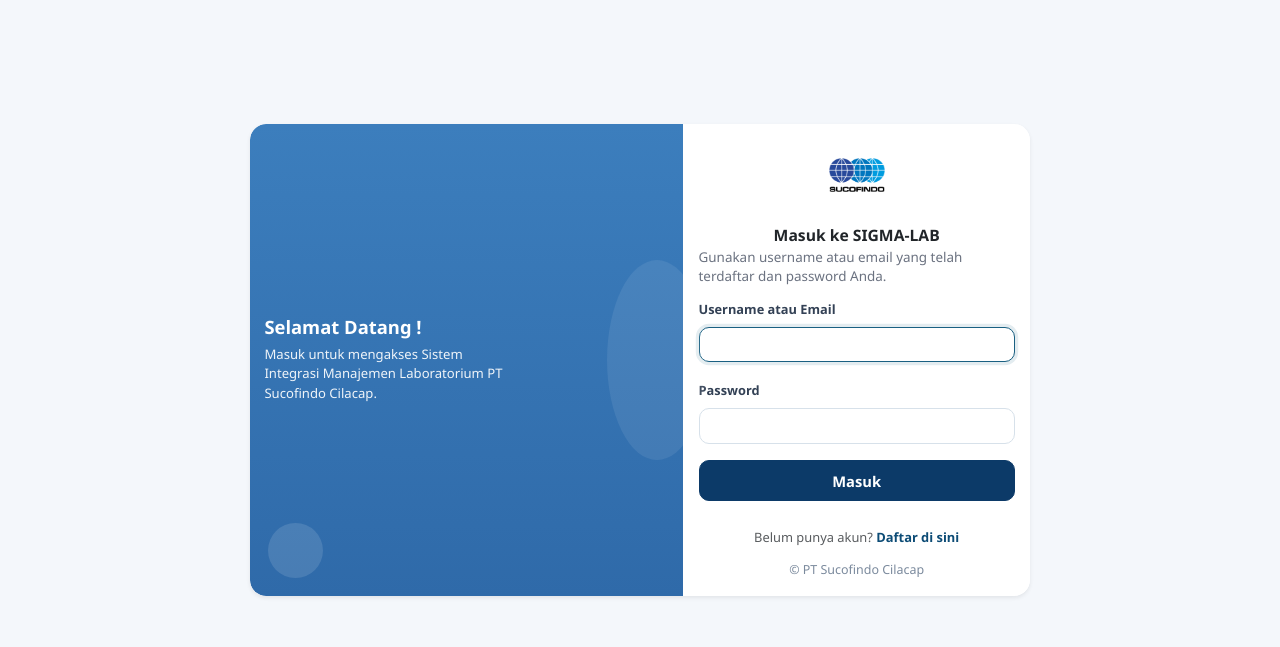
Repository: amelianeesa/sigmalab
Page: http://localhost/login
The author's editor kept a copy of each file at every save. The page is drawn from the files as they stood at one save, then again after a run of saves.
The browser window is 1280 px wide. The pictures show the whole page.
The page is served by the project's Laravel application, run on PHP 8.4 with Laravel 12. Other server files are loaded and not shown.

Above is the page before, as saved 2026-08-06 09:26:04.

### routes/web.php
<?php

use Illuminate\Support\Facades\Route;
use App\Http\Controllers\AuthController;
use App\Http\Controllers\SdmController;

Route::get('/', [AuthController::class, 'showLogin']);
Route::get('/login', [AuthController::class, 'showLogin'])->name('login');
Route::post('/login', [AuthController::class, 'processLogin'])->name('login.process');

Route::get('/register', [AuthController::class, 'showRegister'])->name('register');
Route::post('/register', [AuthController::class, 'processRegister'])->name('register.process');

Route::post('/logout', [AuthController::class, 'logout'])->name('logout');

Route::middleware(['auth'])->group(function () {

    Route::get('/dashboard', function () {
        return view('dashboard-index');
    })->name('dashboard');

    Route::get('/sdm', [SdmController::class, 'index'])->name('sdm.index');
    Route::get('/sdm/create', [SdmController::class, 'create'])->name('sdm.create');
    Route::post('/sdm', [SdmController::class, 'store'])->name('sdm.store');
    Route::get('/sdm/{id}/edit', [SdmController::class, 'edit'])->name('sdm.edit');
    Route::put('/sdm/{id}', [SdmController::class, 'update'])->name('sdm.update');
    Route::delete('/sdm/{id}', [SdmController::class, 'destroy'])->name('sdm.destroy');

    Route::get('/sdm/{id}/kompetensi', [SdmController::class, 'kompetensiDetail'])->name('sdm.kompetensi.detail');
    Route::get('/sdm/{id}/cv', [SdmController::class, 'showCv'])->name('sdm.cv');
});

### app/Http/Controllers/AuthController.php
<?php

namespace App\Http\Controllers;

use Illuminate\Http\Request;
use Illuminate\Support\Facades\Auth;
use Illuminate\Support\Facades\Hash;
use App\Models\User;
use App\Models\Role;
use App\Models\Personil;

class AuthController extends Controller
{
    public function showLogin()
    {
        return view('auth.login');
    }

    public function processLogin(Request $request)
    {
        $credentials = $request->validate([
            'username' => ['required'],
            'password' => ['required'],
        ]);

        $fieldType = filter_var($request->username, FILTER_VALIDATE_EMAIL) ? 'email' : 'username';

        if (Auth::attempt([$fieldType => $request->username, 'password' => $request->password])) {
            $user = Auth::user();
            if ($user->status_aktif == 1) {
                $request->session()->regenerate();
                return redirect()->intended('/dashboard');
            } else {
                Auth::logout();
                return back()->withErrors(['username' => 'Akun Anda non-aktif. Hubungi Admin.']);
            }
        }

        return back()->withErrors(['username' => 'Username/Email atau Password salah.']);
    }

    public function showRegister()
    {
        $roles = Role::all();
        $personil = Personil::all();
        return view('auth.register', compact('roles', 'personil'));
    }

    public function processRegister(Request $request)
    {
        $request->validate([
            'username'    => 'required|string|max:50|unique:users',
            'email'       => 'required|string|email|max:100|unique:users',
            'password'    => 'required|string|min:6',
            'role_id'     => 'required|exists:roles,roles_id',
            'personil_id' => 'nullable|exists:personil,personil_id', // Ditambahkan validasi aman
        ]);

        User::create([
            'personil_id' => !empty($request->personil_id) ? $request->personil_id : null,
            'username'    => $request->username,
            'email'       => $request->email,
            'password'    => Hash::make($request->password),
            'role_id'     => $request->role_id,
            'status_aktif'=> 1
        ]);

        return redirect('/login')->with('success', 'Registrasi berhasil! Silakan login.');
    }

    public function logout(Request $request)
    {
        Auth::logout();
        $request->session()->invalidate();
        $request->session()->regenerateToken();
        return redirect('/login');
    }
}

### resources/views/auth/login.blade.php
<!DOCTYPE html>
<html lang="id">
<head>
    <meta charset="UTF-8">
    <title>Login - SIGMALAB Sucofindo</title>
    <link href="https://cdn.jsdelivr.net/npm/bootstrap@5.3.0/dist/css/bootstrap.min.css" rel="stylesheet">
    <style>
        html,
        body {
            height: 100%;
            overflow: hidden;
        }

        body {
            margin: 0;
            background-color: #f4f7fb;
            color: #1f2a37;
            font-family: "Segoe UI", Arial, sans-serif;
            font-size: 0.92rem;
        }

        .auth-card {
            border: none;
            border-radius: 16px;
            box-shadow: 0 8px 18px rgba(15, 35, 59, 0.08);
            overflow: hidden;
            margin: auto;
            background: transparent;
            max-width: 780px;
        }

        .auth-row {
            display: grid;
            grid-template-columns: 1.25fr 1fr;
            min-height: 185px;
            background: #ffffff;
            border-radius: 16px;
            overflow: hidden;
        }

        .auth-side {
            position: relative;
            padding: 0.7rem 0.9rem;
            background: linear-gradient(180deg, #3c7ebd 0%, #2f6aa9 100%);
            color: #ffffff;
            display: flex;
            flex-direction: column;
            justify-content: center;
            gap: 0.4rem;
        }

        .auth-side::before {
            content: "";
            position: absolute;
            right: -24px;
            top: 50%;
            transform: translateY(-50%);
            width: 100px;
            height: 200px;
            background: rgba(255,255,255,0.08);
            border-radius: 50%;
        }

        .auth-side::after {
            content: "";
            position: absolute;
            left: 18px;
            bottom: 18px;
            width: 55px;
            height: 55px;
            background: rgba(255,255,255,0.12);
            border-radius: 50%;
        }

        .auth-side h3 {
            font-size: 1.15rem;
            margin: 0;
            font-weight: 700;
        }

        .auth-side p {
            font-size: 0.82rem;
            line-height: 1.5;
            max-width: 240px;
            opacity: 0.92;
            margin: 0;
        }

        .auth-logo-box {
            width: 70px;
            height: 70px;
            background: rgba(255,255,255,0.14);
            border-radius: 18px;
            border: 1px solid rgba(255,255,255,0.2);
            overflow: hidden;
            display: flex;
            align-items: center;
            justify-content: center;
            margin-bottom: 0.75rem;
        }

        .auth-logo-box.auth-logo-center {
            margin: 0 auto 1rem;
            display: flex;
            align-items: center;
            justify-content: center;
        }

        .auth-logo-box img {
            width: 56px;
            height: 56px;
            object-fit: contain;
        }

        .auth-form-panel {
            padding: 1rem 0.95rem;
            display: flex;
            flex-direction: column;
            justify-content: center;
            background: #ffffff;
        }

        .auth-form-panel h4 {
            font-size: 0.98rem;
            margin-bottom: 0.2rem;
            font-weight: 700;
        }

        .auth-form-panel p {
            color: #6b7280;
            margin-bottom: 0.7rem;
            line-height: 1.4;
            font-size: 0.84rem;
        }

        .form-label {
            color: #334155;
            font-size: 0.8rem;
            font-weight: 600;
        }

        .form-control,
        .form-select {
            border: 1px solid #d7e1ea;
            border-radius: 10px;
            padding: 0.35rem 0.7rem;
            min-height: 30px;
            font-size: 0.92rem;
            color: #1f2a37;
            background-color: #ffffff;
        }

        .form-control:focus,
        .form-select:focus {
            border-color: #1a6082;
            box-shadow: 0 0 0 0.2rem rgba(26, 96, 130, 0.12);
        }

        .btn-auth {
            background: #0c3a68;
            border: 1px solid #0c3a68;
            border-radius: 10px;
            padding: 0.55rem 0.95rem;
            font-size: 0.92rem;
            font-weight: 700;
            color: #ffffff;
            transition: all 0.2s ease;
        }

        .btn-auth:hover {
            background: #0a2a4b;
            border-color: #0a2a4b;
        }

        .auth-link {
            color: #0d4c76;
            font-weight: 600;
            text-decoration: none;
        }

        .auth-link:hover {
            color: #0b3d5d;
            text-decoration: underline;
        }

        .auth-footer {
            margin-top: 0.85rem;
            color: #7b8a9d;
            font-size: 0.78rem;
            text-align: center;
        }
    </style>
</head>
<body class="d-flex align-items-center justify-content-center">
    <div class="container py-4">
        <div class="card auth-card shadow-sm">
            <div class="auth-row">
                <div class="auth-side">
                    <h3>Selamat Datang !</h3>
                    <p>Masuk untuk mengakses Sistem Integrasi Manajemen Laboratorium PT Sucofindo Cilacap.</p>
                </div>
                <div class="auth-form-panel">
                        <div class="auth-logo-box auth-logo-center">
                        <img src="{{ asset('images/logo.png') }}" alt="Logo Perusahaan">
                    </div>
                    <h4 class="text-center">Masuk ke SIGMA-LAB</h4>
                    <p>Gunakan username atau email yang telah terdaftar dan password Anda.</p>

                    @if(session('success'))
                        <div class="alert alert-success rounded-3">{{ session('success') }}</div>
                    @endif
                    @if($errors->any())
                        <div class="alert alert-danger rounded-3">{{ $errors->first() }}</div>
                    @endif

                    <form action="{{ route('login.process') }}" method="POST">
                        @csrf
                        <div class="mb-3">
                            <label class="form-label">Username atau Email</label>
                            <input type="text" name="username" class="form-control" value="{{ old('username') }}" required autofocus>
                        </div>
                        <div class="mb-3">
                            <label class="form-label">Password</label>
                            <input type="password" name="password" class="form-control" required>
                        </div>
                        <button type="submit" class="btn btn-auth w-100">Masuk</button>
                    </form>

                    <div class="text-center mt-4">
                        <small class="text-muted">Belum punya akun? <a href="{{ route('register') }}" class="auth-link">Daftar di sini</a></small>
                    </div>
                    <div class="auth-footer">© PT Sucofindo Cilacap</div>
                </div>
            </div>
        </div>
    </div>
</body>
</html>

Loaded but not shown: app/Http/Controllers/Controller.php (common file)

After the next 3 saves:
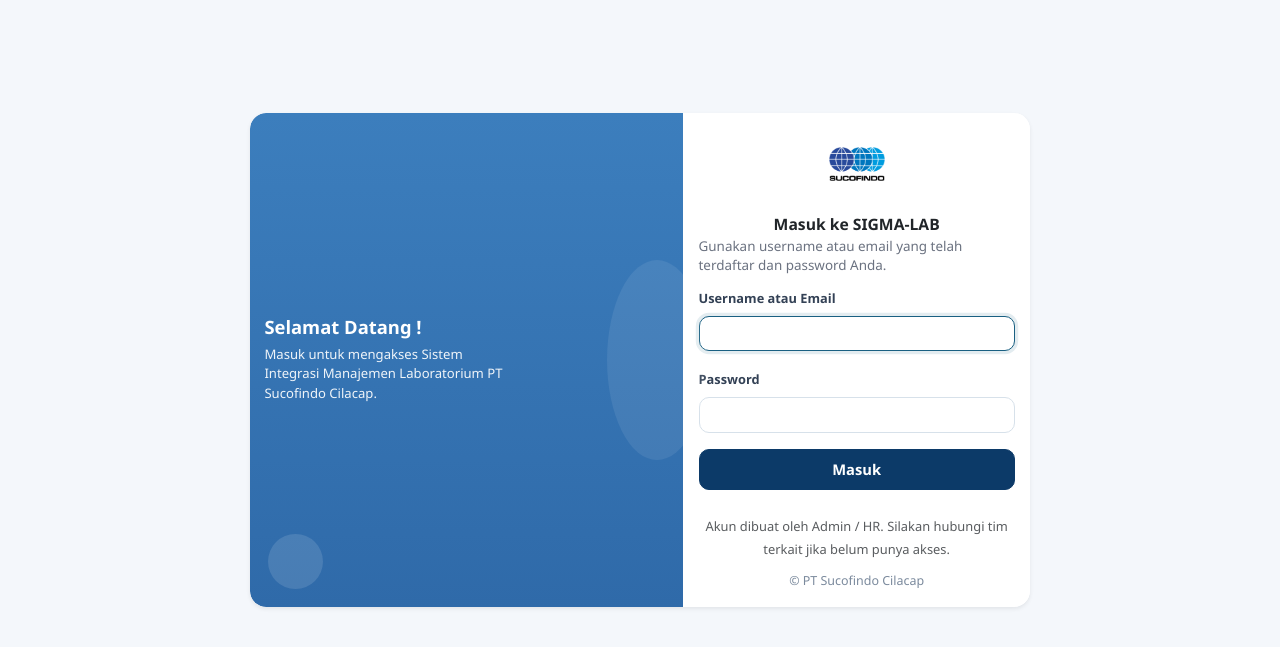
The 3 saves are shown as one change because 2 did not build or start.
The last was saved 5 min 17 s later.
--- a/routes/web.php
+++ b/routes/web.php
@@ -7,9 +7,6 @@
 Route::get('/', [AuthController::class, 'showLogin']);
 Route::get('/login', [AuthController::class, 'showLogin'])->name('login');
 Route::post('/login', [AuthController::class, 'processLogin'])->name('login.process');
-
-Route::get('/register', [AuthController::class, 'showRegister'])->name('register');
-Route::post('/register', [AuthController::class, 'processRegister'])->name('register.process');
 
 Route::post('/logout', [AuthController::class, 'logout'])->name('logout');
 
@@ -25,7 +22,12 @@
     Route::get('/sdm/{id}/edit', [SdmController::class, 'edit'])->name('sdm.edit');
     Route::put('/sdm/{id}', [SdmController::class, 'update'])->name('sdm.update');
     Route::delete('/sdm/{id}', [SdmController::class, 'destroy'])->name('sdm.destroy');
+    Route::patch('/sdm/{id}/aktifkan', [SdmController::class, 'activate'])->name('sdm.activate');
+    Route::delete('/sdm/{id}/permanen', [SdmController::class, 'forceDestroy'])->name('sdm.force-destroy');
 
     Route::get('/sdm/{id}/kompetensi', [SdmController::class, 'kompetensiDetail'])->name('sdm.kompetensi.detail');
+    Route::post('/sdm/{id}/kompetensi', [SdmController::class, 'storeKompetensi'])->name('sdm.kompetensi.store');
+    Route::put('/sdm/{id}/kompetensi/{kompetensiId}', [SdmController::class, 'updateKompetensi'])->name('sdm.kompetensi.update');
+    Route::delete('/sdm/{id}/kompetensi/{kompetensiId}', [SdmController::class, 'destroyKompetensi'])->name('sdm.kompetensi.destroy');
     Route::get('/sdm/{id}/cv', [SdmController::class, 'showCv'])->name('sdm.cv');
 });
--- a/app/Http/Controllers/AuthController.php
+++ b/app/Http/Controllers/AuthController.php
@@ -39,34 +39,8 @@
         return back()->withErrors(['username' => 'Username/Email atau Password salah.']);
     }
 
-    public function showRegister()
-    {
-        $roles = Role::all();
-        $personil = Personil::all();
-        return view('auth.register', compact('roles', 'personil'));
-    }
-
-    public function processRegister(Request $request)
-    {
-        $request->validate([
-            'username'    => 'required|string|max:50|unique:users',
-            'email'       => 'required|string|email|max:100|unique:users',
-            'password'    => 'required|string|min:6',
-            'role_id'     => 'required|exists:roles,roles_id',
-            'personil_id' => 'nullable|exists:personil,personil_id', // Ditambahkan validasi aman
-        ]);
-
-        User::create([
-            'personil_id' => !empty($request->personil_id) ? $request->personil_id : null,
-            'username'    => $request->username,
-            'email'       => $request->email,
-            'password'    => Hash::make($request->password),
-            'role_id'     => $request->role_id,
-            'status_aktif'=> 1
-        ]);
-
-        return redirect('/login')->with('success', 'Registrasi berhasil! Silakan login.');
-    }
+    // Registrasi publik dinonaktifkan.
+    // Admin/HR dapat menambah user dari area internal nanti.
 
     public function logout(Request $request)
     {
--- a/resources/views/auth/login.blade.php
+++ b/resources/views/auth/login.blade.php
@@ -227,7 +227,7 @@
                     </form>
 
                     <div class="text-center mt-4">
-                        <small class="text-muted">Belum punya akun? <a href="{{ route('register') }}" class="auth-link">Daftar di sini</a></small>
+                        <small class="text-muted">Akun dibuat oleh Admin / HR. Silakan hubungi tim terkait jika belum punya akses.</small>
                     </div>
                     <div class="auth-footer">© PT Sucofindo Cilacap</div>
                 </div>

After the 2 saves that followed:
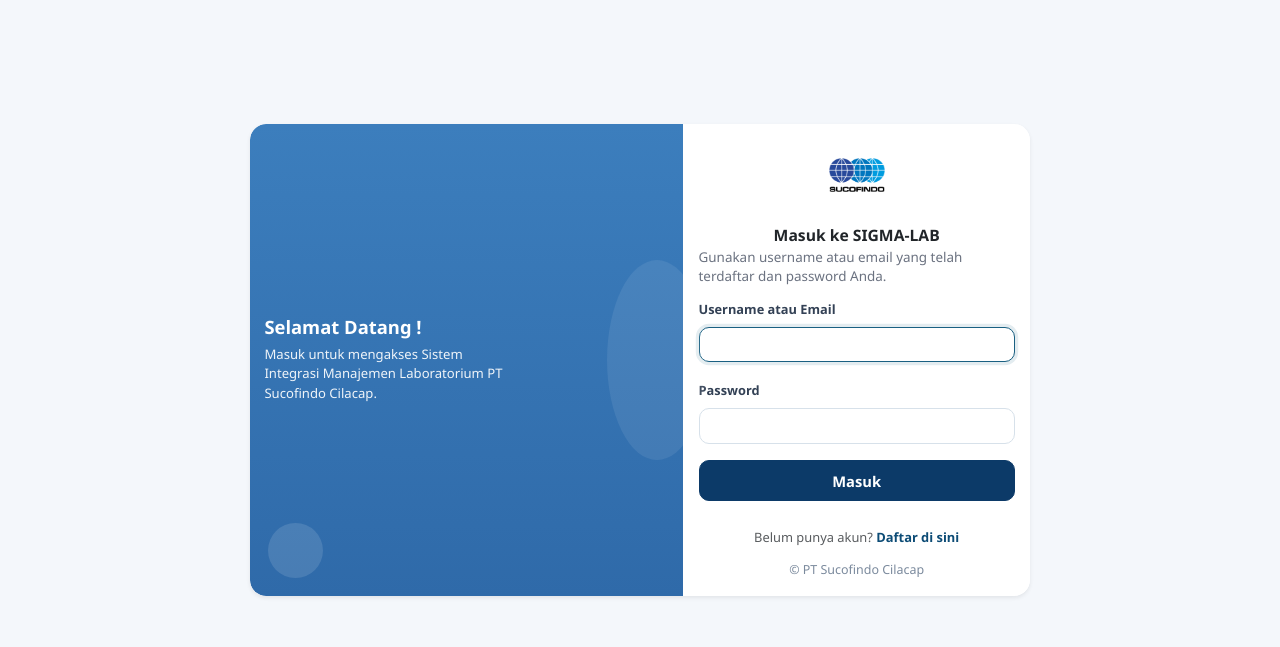
The 2 saves are shown as one change because 1 left the picture as it was.
The last was saved 6 min 55 s later.
--- a/routes/web.php
+++ b/routes/web.php
@@ -7,6 +7,9 @@
 Route::get('/', [AuthController::class, 'showLogin']);
 Route::get('/login', [AuthController::class, 'showLogin'])->name('login');
 Route::post('/login', [AuthController::class, 'processLogin'])->name('login.process');
+
+Route::get('/register', [AuthController::class, 'showRegister'])->name('register');
+Route::post('/register', [AuthController::class, 'processRegister'])->name('register.process');
 
 Route::post('/logout', [AuthController::class, 'logout'])->name('logout');
 
--- a/app/Http/Controllers/AuthController.php
+++ b/app/Http/Controllers/AuthController.php
@@ -39,8 +39,34 @@
         return back()->withErrors(['username' => 'Username/Email atau Password salah.']);
     }
 
-    // Registrasi publik dinonaktifkan.
-    // Admin/HR dapat menambah user dari area internal nanti.
+    public function showRegister()
+    {
+        $roles = Role::all();
+        $personil = Personil::all();
+        return view('auth.register', compact('roles', 'personil'));
+    }
+
+    public function processRegister(Request $request)
+    {
+        $request->validate([
+            'username'    => 'required|string|max:50|unique:users',
+            'email'       => 'required|string|email|max:100|unique:users',
+            'password'    => 'required|string|min:6',
+            'role_id'     => 'required|exists:roles,roles_id',
+            'personil_id' => 'nullable|exists:personil,personil_id', // Ditambahkan validasi aman
+        ]);
+
+        User::create([
+            'personil_id' => !empty($request->personil_id) ? $request->personil_id : null,
+            'username'    => $request->username,
+            'email'       => $request->email,
+            'password'    => Hash::make($request->password),
+            'role_id'     => $request->role_id,
+            'status_aktif'=> 1
+        ]);
+
+        return redirect('/login')->with('success', 'Registrasi berhasil! Silakan login.');
+    }
 
     public function logout(Request $request)
     {
--- a/resources/views/auth/login.blade.php
+++ b/resources/views/auth/login.blade.php
@@ -227,7 +227,7 @@
                     </form>
 
                     <div class="text-center mt-4">
-                        <small class="text-muted">Akun dibuat oleh Admin / HR. Silakan hubungi tim terkait jika belum punya akses.</small>
+                        <small class="text-muted">Belum punya akun? <a href="{{ route('register') }}" class="auth-link">Daftar di sini</a></small>
                     </div>
                     <div class="auth-footer">© PT Sucofindo Cilacap</div>
                 </div>
